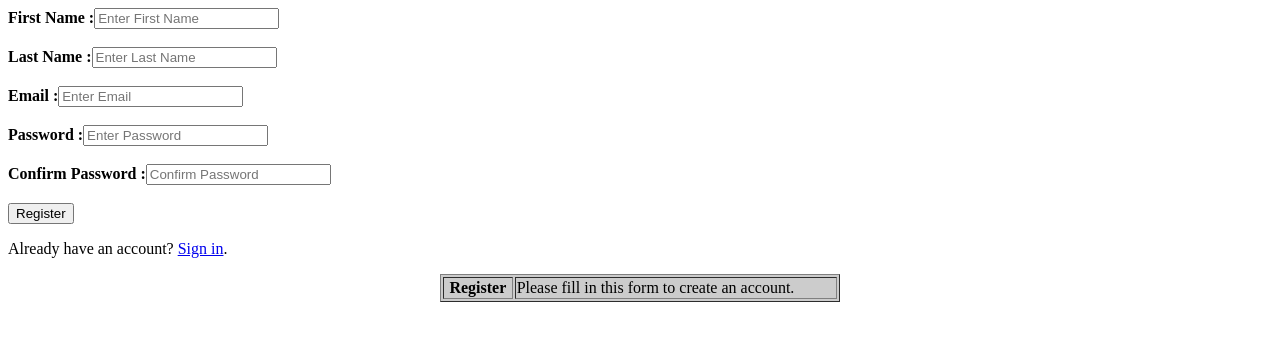
Repository: 1919satya/Mode2
Page: sample/sample/WebContent/sample.html
The author's editor kept a copy of each file at every save. The page is drawn from the files as they stood at one save, then again after the next save.
The browser window is 1280 px wide. The pictures show the whole page.

Above is the page before, as saved 2019-10-09 10:01:34.

### sample/sample/WebContent/sample.html
<!DOCTYPE html>
<html>
<head>
<meta charset="ISO-8859-1">
<title>Insert title here</title>
</head>
<body>

<form >
<div class="container">
<table border="1" align="center" width="400" bgcolor="#CCCCCC" >

  <tr>
    <th>Register</th>
    <td>Please fill in this form to create an account.</td>

    <b>First Name :</b>
    <input type="text" placeholder="Enter First Name" name="firstName"  required><br/><br/>
    <b>Last Name :</b>
    <input type="text" placeholder="Enter Last Name" name="lastName" required> <br/><br/>
    <b>Email :</b>
    <input type="text" placeholder="Enter Email" name="email" required> <br/><br/>

    <b>Password :</b>
    <input type="password" placeholder="Enter Password" name="psw" required> <br/><br/>

    <b>Confirm Password :</b>
    <input type="password" placeholder="Confirm Password" name="psw-repeat" required> <br/><br/>

    <button type="submit" class="registerbtn">Register</button>
  </div>

  <div class="container signin">
    <p>Already have an account? <a href="#">Sign in</a>.</p>
  </div>
</form>
</table>
</body>
</html>

After the next save:
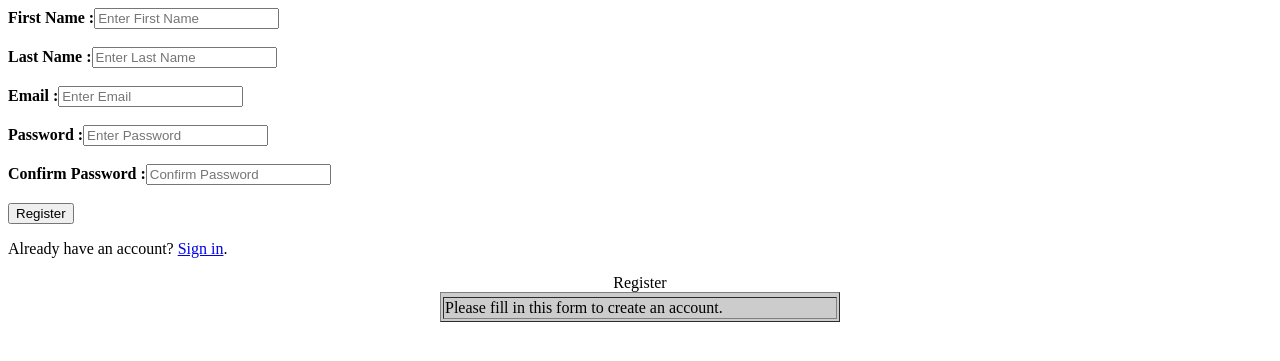
Saved 103 s later.
--- a/sample/sample/WebContent/sample.html
+++ b/sample/sample/WebContent/sample.html
@@ -11,7 +11,7 @@
 <table border="1" align="center" width="400" bgcolor="#CCCCCC" >
 
   <tr>
-    <th>Register</th>
+    <caption>Register</caption>
     <td>Please fill in this form to create an account.</td>
 
     <b>First Name :</b>
